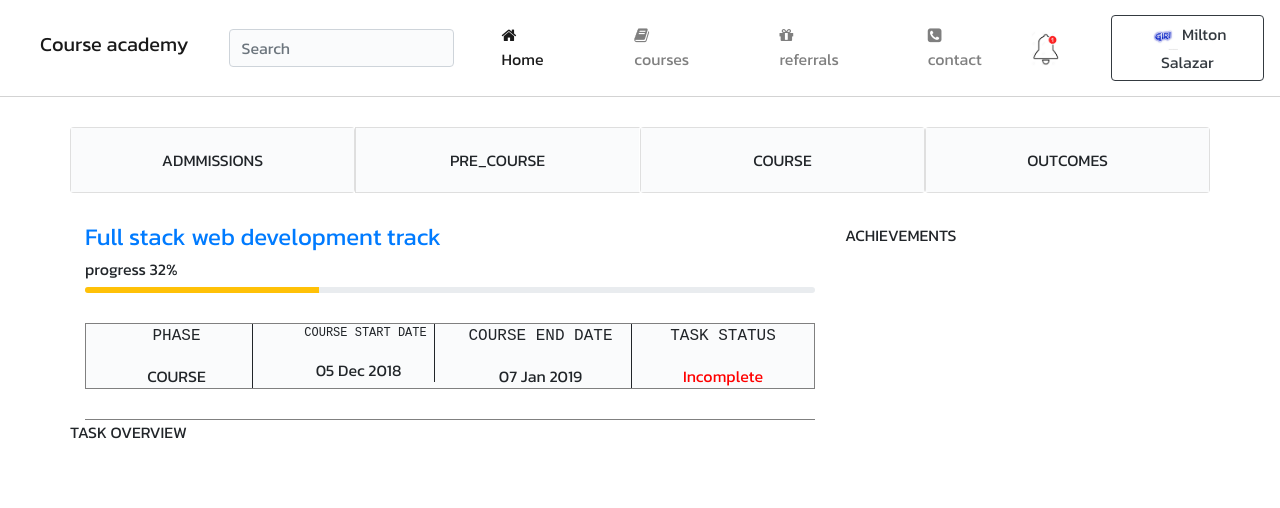
Repository: giribabu1997/html-layout
Page: task.html
The author's editor kept a copy of each file at every save. The page is drawn from the files as they stood at one save, then again after the next save.
The browser window is 1280 px wide. The pictures show the whole page.
Some web fonts or font styles are not loaded; a fallback is used.

Above is the page before, as saved 2019-06-25 21:17:33.

### task.html
<!DOCTYPE html>
<html lang="en">

<head>
    <meta charset="UTF-8">
    <meta name="viewport" content="width=device-width, initial-scale=1.0">
    <meta http-equiv="X-UA-Compatible" content="ie=edge">
    <title>Document</title>
    <link rel="stylesheet" href="https://stackpath.bootstrapcdn.com/bootstrap/4.3.1/css/bootstrap.min.css"
        integrity="sha384-ggOyR0iXCbMQv3Xipma34MD+dH/1fQ784/j6cY/iJTQUOhcWr7x9JvoRxT2MZw1T" crossorigin="anonymous">
    <link href="https://fonts.googleapis.com/css?family=Kanit&display=swap" rel="stylesheet">
    <link rel="stylesheet" href="https://cdnjs.cloudflare.com/ajax/libs/font-awesome/4.7.0/css/font-awesome.min.css">
    <link href="https://fonts.googleapis.com/css?family=Cutive+Mono&display=swap" rel="stylesheet">
    <style>
        .navhead-height {
            padding: 1.5rem;
        }

        .head-container {
            padding: 0%;
        }

        * {
            font-family: 'Kanit', sans-serif;
        }

        .home-link {
            padding-right: 2.5rem !important;
            padding-left: 2.5rem !important;
        }
    </style>

</head>

<body>
    <div class="container-fluid head-container" style=" border-bottom: 1px solid lightgrey;">
        <nav class="navbar navbar-expand-lg navbar-light bg-white">
            <a class="navbar-brand navhead-height" href="#">
                <h5>Course academy </h5>
            </a>
            <button class="navbar-toggler" type="button" data-toggle="collapse" data-target="#navbarSupportedContent"
                aria-controls="navbarSupportedContent" aria-expanded="false" aria-label="Toggle navigation">
                <span class="navbar-toggler-icon"></span>
            </button>
            <form class="form-inline my-2 my-lg-0">
                <input class="form-control mr-sm-2" type="search" placeholder="Search" aria-label="Search"
                    style="background-color: #fafbfc;">
            </form>
            <div class="collapse navbar-collapse" id="navbarSupportedContent">
                <ul class="navbar-nav mr-auto">
                    <li class="nav-item active">
                        <a class="nav-link home-link" href="#"><i class="fa fa-home"></i> Home <span
                                class="sr-only">(current)</span></a>
                    </li>
                    <li class="nav-item">
                        <a class="nav-link home-link" href="#"><i class="fa fa-book"></i> courses</a>
                    </li>
                    <li class="nav-item">
                        <a class="nav-link home-link" href="#"><i class="fa fa-gift"></i> referrals</a>
                    </li>
                    <li class="nav-item">
                        <a class="nav-link home-link" href="#"><i class="fa fa-phone-square"></i> contact</a>
                    </li>
                    <li class="nav-item">
                        <a class="nav-link home-link" href="#"></a>
                        <img src="icon.png" width="30px" style="text-align: center" />
                        </a>
                    </li>
                    <button class="btn btn-outline-dark my-2 my-sm-0" type="submit">
                        <img src="giri.png" width="30px" /> Milton Salazar </button>
            </div>
        </nav>
    </div>
    <div class="container" style="padding-top: 30px; padding-bottom: 30px">
        <div class="row">
            <div class="col-md-3" style="padding: 0px !important">
                <div class="card">
                    <div class="card-body" style="text-align: center; background-color: #fafbfc;">
                        <h> ADMMISSIONS</h>
                    </div>
                </div>
            </div>
            <div class="col-md-3" style="padding: 0px !important">
                <div class="card" style="border-radius: 0;border-right-color: white;">
                    <div class="card-body" style="text-align: center; background-color: #fafbfc;">
                        <h> PRE_COURSE</h>
                    </div>
                </div>
            </div>
            <div class="col-md-3" style="padding: 0px !important">
                <div class="card">
                    <div class="card-body" style="text-align: center; background-color: #fafbfc;">
                        <h> COURSE</h>
                    </div>
                </div>
            </div>
            <div class="col-md-3" style="padding: 0px !important">
                <div class="card">
                    <div class="card-body" style="text-align: center; background-color: #fafbfc;">
                        <h> OUTCOMES</h>
                    </div>
                </div>
            </div>
        </div>
    </div>
    <div class="container">
        <div class="row">
            <div class="col-8">
                <h4> <a class="text-primary">Full stack web development track</a></h4>
                <h6>progress 32%</h6>
                <div class="progress" style=" height: 0.4rem;">
                    <div class="progress-bar bg-warning" role="progressbar" style="width: 32%" aria-valuenow="32"
                        aria-valuemin="0" aria-valuemax="50">
                    </div>
                </div>
                <div class="container" style="padding-top: 30px; padding-bottom: 30px; border-bottom: 1px solid gray;">
                    <div class="row" style="border: 1px solid gray; text-align: center; background-color: #fafbfc;">
                        <div class="col-3">
                            <div class="box" style="border-right: 1px solid">
                                <p style="font-family: 'Cutive Mono', monospace;">PHASE</p>
                                <h7>COURSE</h7>
                            </div>
                        </div>
                        <div class="col-3">
                            <div class="box" style="border-right: 1px solid">
                                <p style="font-family: 'Cutive Mono', monospace; width: 165px; font-size: 12px;">COURSE
                                    START DATE</p>
                                <h7>05 Dec 2018</h7>
                            </div>
                        </div>
                        <div class="col-3" style="border-right: 1px solid">
                            <div class="box">
                                <p style="font-family: 'Cutive Mono', monospace;">COURSE END DATE</p>
                                <h7>07 Jan 2019</h7>
                            </div>
                        </div>
                        <div class="col-3">
                            <div class="box">
                                <p style="font-family: 'Cutive Mono', monospace;">TASK STATUS</p>
                                <span style="color: red">Incomplete</span>
                            </div>
                        </div>
                    </div>
                </div>

                <div class="row" style="padding-top: ">
                <h>TASK OVERVIEW</h>
                </div>
            </div>
            <div class="col-4">
                ACHIEVEMENTS
            </div>
        </div>
    </div>


</body>
<script src="https://code.jquery.com/jquery-3.3.1.slim.min.js"
    integrity="sha384-q8i/X+965DzO0rT7abK41JStQIAqVgRVzpbzo5smXKp4YfRvH+8abtTE1Pi6jizo"
    crossorigin="anonymous"></script>
<script src="https://cdnjs.cloudflare.com/ajax/libs/popper.js/1.14.7/umd/popper.min.js"
    integrity="sha384-UO2eT0CpHqdSJQ6hJty5KVphtPhzWj9WO1clHTMGa3JDZwrnQq4sF86dIHNDz0W1"
    crossorigin="anonymous"></script>
<script src="https://stackpath.bootstrapcdn.com/bootstrap/4.3.1/js/bootstrap.min.js"
    integrity="sha384-JjSmVgyd0p3pXB1rRibZUAYoIIy6OrQ6VrjIEaFf/nJGzIxFDsf4x0xIM+B07jRM"
    crossorigin="anonymous"></script>

</html>

After the next save:
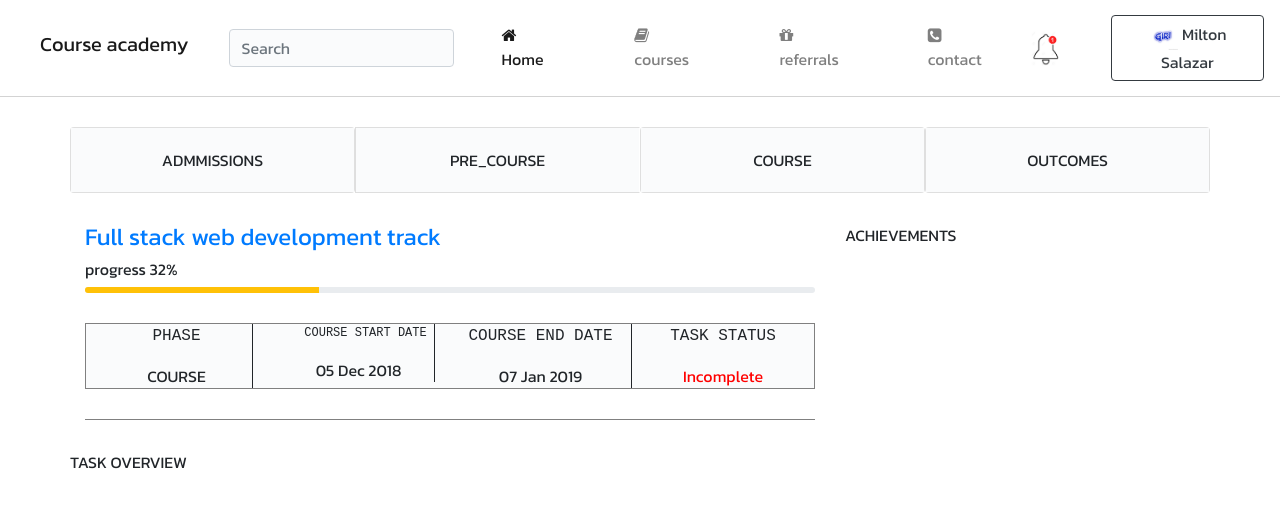
Saved 4 s later.
--- a/task.html
+++ b/task.html
@@ -143,7 +143,7 @@
                     </div>
                 </div>
 
-                <div class="row" style="padding-top: ">
+                <div class="row" style="padding-top: 30px">
                 <h>TASK OVERVIEW</h>
                 </div>
             </div>
